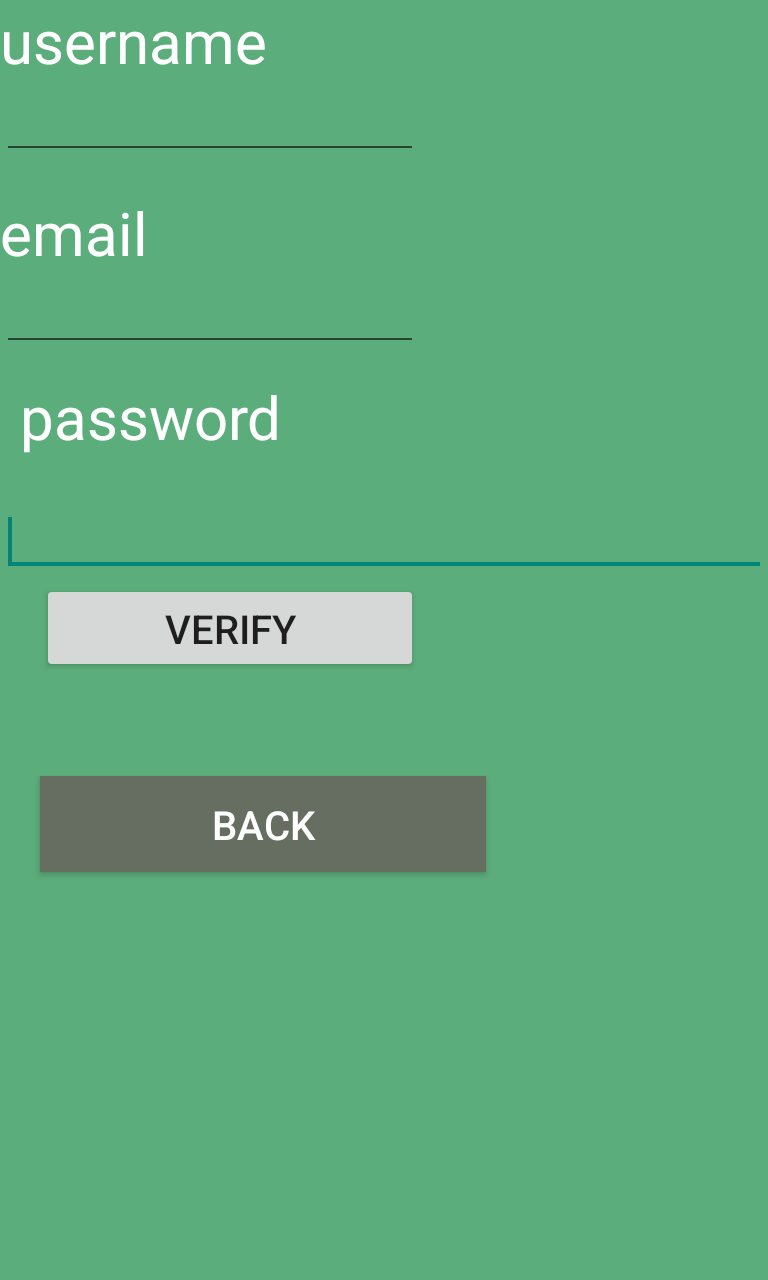
Repository: janemuthoni/icon
Layout: Exam/res/layout/login.xml
An editor plug-in stored every save of this project. The layout is shown before and after the next save, followed by the edit.
It is drawn on a 768 x 1280 px phone screen (xhdpi) without system bars, with theme AppTheme; the app's code is not run.

Above is the layout before, as saved 2014-08-07 09:22:46.

After the next save:
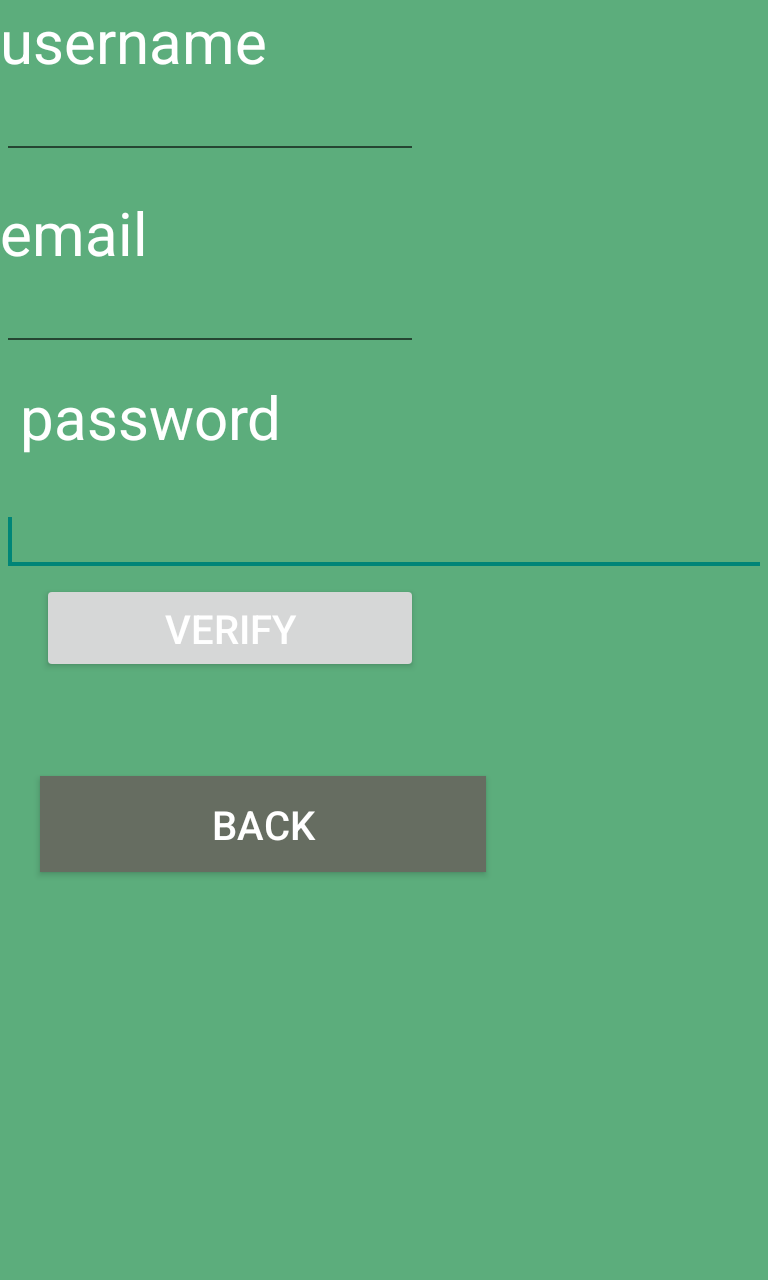
Saved 8 s later.
--- a/Exam/res/layout/login.xml
+++ b/Exam/res/layout/login.xml
@@ -60,7 +60,7 @@
        android:layout_width="190dp"
        android:layout_height="wrap_content"
        android:text="@string/buttonverify"
-       android:textColor="@color/black"
+       android:textColor="@color/white"
        android:textSize="20sp"
        android:layout_marginLeft="20dp"
           />
